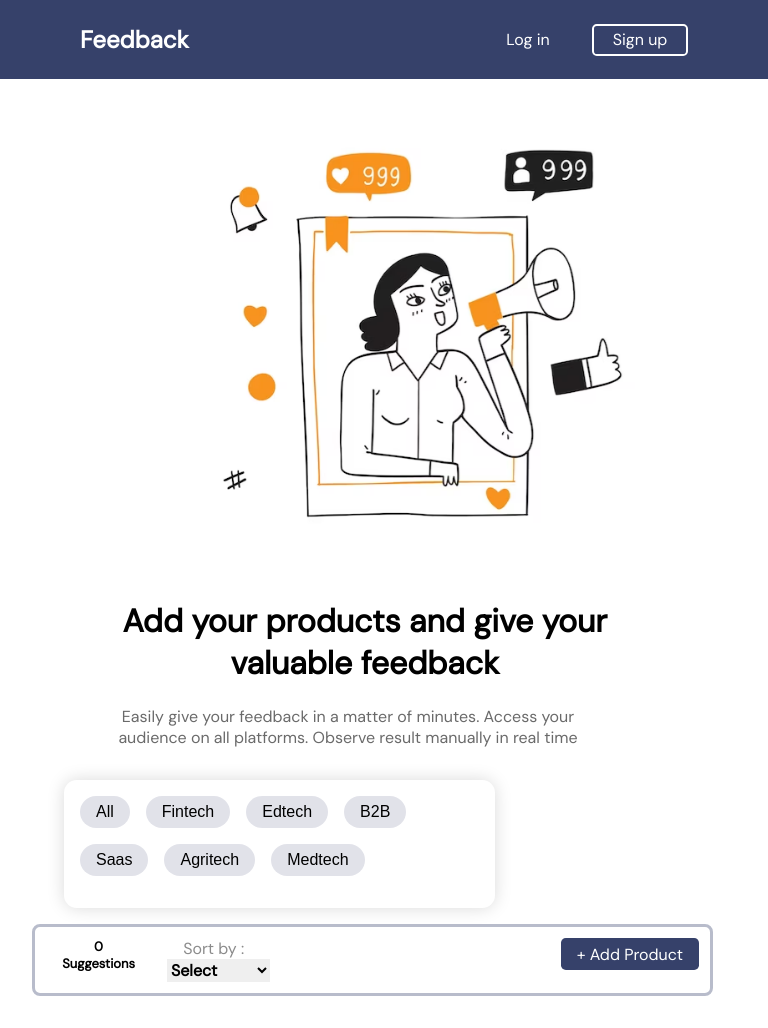
Repository: drumsmanku/final-evaluation-test
Page: / (app in client/)
The author's editor kept a copy of each file at every save. The page is drawn from the files as they stood at one save, then again after the next save.
The browser window is 768 px wide. The pictures show the whole page.
The page's requests for data from a server got no answer. The project was rebuilt for these pictures with package versions that can differ from the ones it lists, and the page was loaded fresh each time. No one was signed in, and anything a server would have sent is missing. Also part of the build but not shown: client/src/CSS/LoginPopUp.css, client/src/Components/LoginPopUp.js, client/src/CSS/SignupPopUp.css, client/src/Components/SignupPopUp.js, client/src/CSS/AddProductPopUp.css, client/src/Components/AddProductPopUp.js, client/src/Components/CommentsSection.js, client/src/CSS/SignUp.css and 3 more.

Above is the page before, as saved 2023-08-01 00:46:15.

### client/src/App.js
import './App.css';
import { BrowserRouter as Router, Route, Routes} from 'react-router-dom';
import MainPage from './Components/MainPage';
import SignUp from './Components/SignUp';
import Login from './Components/Login';
function App() {
  return (
    <div className="App">
      <Router>
        <Routes>
          <Route path='/' element={<MainPage/>}/>
          <Route path='/signup' element={<SignUp/>}/>
          <Route path='/login' element={<Login/>}/>
        </Routes>
      </Router>
    </div>
  );
}

export default App;

### client/src/Components/MainPage.js
import React, {useState, useEffect, useMemo} from 'react';
import '../CSS/MainPage.css';
import profile from'../Assets/profilepic.webp';
import img1 from '../Assets/frontphoto.png';
import axios from 'axios';
import comments from '../Assets/comments.png';
import { useNavigate } from 'react-router-dom';
import LoginPopUp from './LoginPopUp';
import SignupPopUp from './SignupPopUp';
import AddProductPopUp from './AddProductPopUp';
import CommentsSection from './CommentsSection';
import upvote from '../Assets/upvote.png';
import comment1 from '../Assets/comment1.png';

const buttonTitles=['All', 'Fintech', 'Edtech', 'B2B', 'Saas', 'Agritech', 'Medtech'];
const buttonStyles={
  padding:'0.2rem 1rem 0.2rem 1rem',
  backgroundColor:'#36416A26',
  fontSize:'medium',
  borderRadius:'1rem',
  border:'none',
  margin:'0 1rem 1rem 0',
  height:'2rem',
  textAlign:'center',
}
const productCardsStyles={
  padding:'1rem',

  width:'98%',
  marginBottom:'1rem',
  display: 'flex',
  borderRadius:'0.5rem'
}
const tagStyles={
  paddingRight:'1.3em',
  paddingLeft:'1.3em',
  backgroundColor:'#C0CEFF',
  fontSize:'small',
  borderRadius:'1rem',
  border:'none',
  height:'1.5rem',
  textAlign:'center',
  display:'flex',
  alignItems:'center',
  marginRight:'1rem',
}

function MainPage() {
  const navigate =useNavigate()
  const [categorySet, setCategorySet]=useState([]);
  const [user, setUser] = useState(localStorage.getItem('user'));
  const [isLoggedIn, setIsLoggedIn]=useState(false);
  const [products, setProdcts]=useState([]);
  const [showLoginModal, setShowLoginModal] = useState(false);
  const [showSignupModal, setShowSignupModal] = useState(false);
  const [showAddModal, setShowAddModal] = useState(false);
  const [isVisible, setIsVisible] = useState(false);
  const [commentProductId, setCommentProductId] = useState(null);
  const [commentsLength, setCommentsLength]=useState(0);
  const [productCounts, setProductCounts] = useState({});
  const [upvotes, setUpvotes]=useState(0);
  const [sortOption, setSortOption] = useState('Select');


  useEffect(()=>{
    const User=localStorage.getItem('user');
    if(User){
      setIsLoggedIn(true);
    }

  }, []);




  const handleLogin = () => {
    setShowLoginModal(true);
  };
  const handleSignup = () => {
    setShowSignupModal(true);
  };
  const handleAdd = () => {
    if (isLoggedIn) {
      setShowAddModal(true);
    } else {
      setShowSignupModal(true);
    }
  };

  const handleShowComments = (productId) => {
    setCommentProductId(productId);
  };
  const handleLogout=()=>{
    localStorage.removeItem('user');
    setIsLoggedIn(false);
    navigate('/login');
  }
  const handleCategoryClick=(event)=>{
    const currentCat=event.target.value;
    if(!categorySet.includes(currentCat)){
      setCategorySet([...categorySet, event.target.value]);
      event.target.style.backgroundColor="#36416A"
    }
    else{
      setCategorySet(categorySet.filter(cat=>cat!=currentCat))
      event.target.style.backgroundColor="#36416A26"
    }

  }

  useEffect(()=>{
    const category=categorySet
    axios.get(`http://localhost:4000/get-prods?category=${category.join(',')}`)
    .then((res)=>{setProdcts(res.data.products);console.log(res.data.products)})
    .catch(err=>console.log(err))

  }, [categorySet]);

  const handleUpvotes=(prodId, event)=>{

    axios.post('http://localhost:4000/add-upvote', {
      productId: prodId,
      upvoteCount:1,
    })
    .then(window.location.reload())
    .catch(err=>console.log(err))
  }

  const sortedProducts = useMemo(() => {
    if (sortOption === 'upvotes') {
      return [...products].sort((a, b) => (b.upvoteCount || 0) - (a.upvoteCount || 0));
    } else if (sortOption === 'comments') {
      return [...products].sort((a, b) => (b.commentsCount || 0) - (a.commentsCount || 0));
    }
    return products;
  }, [products, sortOption]);



  return (
    <div className='main-container'>
      <div className="main-top-container">
        <div className='navbar' >
          <div style={{display:'flex',width:'100%', justifyContent:' space-between', alignItems:'center',}}>
          <h3 style={{marginLeft:'5rem', color:'white', fontSize:'1.5rem'}}>Feedback</h3>
          <div style={{display:'flex', marginRight:'5rem'}}>
              {isLoggedIn ? (
                <>
                  <button style={{background:'none', fontSize:'large', border:'none', fontFamily:'DM Sans', color:'white'}} onClick={handleLogout}>Logout</button>
                  <span style={{color:'white', fontFamily:'DM Sans', fontSize:'large', display:'flex', alignItems:'center', marginLeft:'1rem'}}>Hello! {user}</span>
                  <img src={profile} alt="" height={50} width={50} style={{borderRadius:'100%', marginLeft:'1rem'}} />
                </>
              ) : (
                <>
                   <button className="btn-main-page-login" type="submit" onClick={()=>{navigate('/login')}}>
                    Log in
                  </button>
                  <button type='submit'  className='btn-main-page-register' onClick={()=>{navigate('/signup')}} >Sign up</button>
                </>
              )}



            </div>
          </div>
        </div>
        <div className="title-desc">
          <img src={img1} alt="" height={500} style={{marginLeft:'3rem'}}/>
          <div className='both-texts' style={{display:'flex', flexDirection:'column', marginLeft:'2rem'}}>
              <h1 className='main-heading' style={{maxWidth:'80%'}}> Add your products and give your valuable feedback</h1>
              <span style={{maxWidth:'75%', color:'#6A6A6A'}}>Easily give your feedback in a matter of minutes. Access your audience on all platforms. Observe result manually in real time</span>
          </div>
        </div>
      </div>
      <div className="main-bottom-container">
        <div className="bottom-left">
          <article className='apply-filter' style={{backgroundColor:'#36416A', width:'74%', color:'white', paddingTop:'2rem', borderRadius:'0.8rem', marginBottom:'2rem'}}>
            <h2 style={{marginBottom:'0.4rem',marginLeft:'1rem'}}>Feedback</h2>
            <h5 style={{marginTop:0, marginLeft:'1rem'}}>Apply Filter</h5>
          </article>
          <article className='mapped-cats'style={{width:'65%', borderRadius:'0.8rem', padding:'1em', boxShadow:'0 0 17px #00000026',}}>
             {buttonTitles.map((title, idx)=>(
              <button value={title} onClick={handleCategoryClick} style={{...buttonStyles}} key={idx}>{title}</button>
             ))}
          </article>
        </div>
        <div className="bottom-right">
          <div className='bottom-top-right'>
            <div style={{display:'flex', width:'30%', justifyContent:'space-between',marginLeft:'1rem'}}>
              <span className='suggestions' style={{ fontWeight:'bold', }}>{products.length} Suggestions</span>
              <span>
                <label style={{ fontSize: 'medium', color: '#8B8B8B', marginRight:'0.6rem' }} htmlFor="sort">Sort by :</label>
                <select className='select' style={{border:'none', outline:'none', fontFamily:'DM Sans', fontSize:'medium', fontWeight:'bold'}} value={sortOption} onChange={(e) => setSortOption(e.target.value)}>
                  <option value="Select">Select</option>
                  <option value="upvotes">Upvotes</option>
                  <option value="comments">Comments</option>
                </select>
              </span>
            </div>
            <button className='add-product-button' onClick={handleAdd}>+ Add Product</button>
          </div>
          {showLoginModal && <LoginPopUp closeModal={() => setShowLoginModal(false)} showLoginModal={showLoginModal} setShowSignupModal={setShowSignupModal} />}
          {showSignupModal && (
              <SignupPopUp
                closeModal={() => setShowSignupModal(false)}
                showSignupModal={showSignupModal}
                setShowLoginModal={setShowLoginModal}
              />
            )}
          {isLoggedIn ? (
            showAddModal && (
              <AddProductPopUp
                closeModal={() => setShowAddModal(false)}
                showAddModal={showAddModal}
              />
            )
          ) : (
            showSignupModal && (
              <SignupPopUp
                closeModal={() => setShowSignupModal(false)}
                showSignupModal={showSignupModal}
                setShowLoginModal={setShowLoginModal}
              />
            )
          )}


          <div className="product-cards">
            {
              sortedProducts.map((product, key)=>(
                <div className='main-card-container-div' style={{display:'flex', flexDirection:'column', backgroundColor:'#36416A26',marginBottom:'1rem',borderRadius:'0.5rem', padding:'0 1rem 0 1rem'}}>
                  <div style={{...productCardsStyles}}>
                    <div className='logo' style={{width:'10%'}}>{product.logoURL}</div>
                    <div style={{display:'flex', justifyContent:'space-between', width:"90%"}}>
                      <div className="card-main-info">
                        <h2 style={{marginTop:0, marginBottom:'0.5rem', color:'#36416A'}}>{product.companyName}</h2>
                        <span style={{marginBottom:'1rem'}}>{product.description}</span>
                        <div style={{display:'flex', width:'40%', justifyContent:'space-between'}}>
                          <div style={{display:'flex'}}>
                            {product.category.map((catTitle, idx)=>(
                              <span style={{...tagStyles}}>{catTitle}</span>
                            ))}
                          </div>
                          <button className='comments-button' onClick={() => handleShowComments(product._id)}> <img style={{marginRight:'0.3rem'}} src={comments} alt="" height={25}  />Comment</button>
                        </div>
                      </div>
                      <div className="upvotes">
                        <div className="upvote-container">
                          <button onClick={()=>{handleUpvotes(product._id)}} style={{background:'none', outline:'none', border:'none', cursor:'pointer'}}><img style={{}} src={upvote} alt="" /></button>
                          <span>{product.upvoteCount || 0}</span>
                        </div>
                        <div className='comments-and-edit' style={{height:'50%', display:'flex', alignItems:"center", width:'230%'}}>
                          {isLoggedIn && (<button className='edit-popup-button' type="submit" style={{ cursor:'pointer'}} >Edit</button>)}
                          <div className="comment-count" style={{}}>
                            {product.commentsCount || 0}
                            <img src={comment1} alt="" height={20} style={{marginLeft:'0.2rem'}} />
                          </div>

                        </div>
                      </div>
                    </div>
                  </div>
                  {commentProductId === product._id && <CommentsSection productId={product._id}   />}
                </div>

              ))
            }
          </div>
        </div>
      </div>
    </div>
  )
}

export default MainPage

### client/src/CSS/MainPage.css
@import url('https://fonts.googleapis.com/css2?family=DM+Sans&display=swap');

body{
  font-family: 'DM Sans';
}
.main-container{
  height: 100vh;
  width: 100vw;
  display: flex;
  flex-direction: column;

}
.main-top-container{
  width: 100%;
}
.btn-main-page-login{
  height: 2rem;
  width: 6rem;
  font-weight: 500;
  font-size: medium ;
  background: none;
  border: none;
  border-radius: 0.3rem;
  margin-left: 1rem;
  margin-bottom:0;
  color: white;
  font-family: 'DM Sans';
  cursor: pointer;
}
.btn-main-page-register{
  height: 2rem;
  width: 6rem;
  font-size: medium;
  font-weight: 500;
  background-color: #36416A;
  border: 2px solid white;
  border-radius: 0.3rem;
  margin-left: 1rem;
  margin-bottom:0;
  color: white;
  font-family: 'DM Sans';
  cursor: pointer;
}
.navbar{
  width: 100%;
  background-color: #36416A;
}
.title-desc{
  width: 100%;
  display: flex;
  align-items: center;
  justify-content: space-around;

}
.bottom-left{
  width: 20%;
  display: flex;
  flex-direction: column;
  align-items: center;
  margin-left: 2rem;

}
.bottom-right{
  width: 75%;
}
.main-bottom-container{
  width:100%;
  display: flex;
}
.bottom-top-right{
  width: 98%;
  display: flex;
  justify-content: space-between;
  border: 3px solid #36416A59;
  padding: 0.7rem;
  border-radius: 0.5rem;

}
.add-product-button{
  height: 2rem;
  font-size: medium;
  font-weight: 500;
  background-color: #36416A;
  border:none;
  border-radius: 0.3rem;
  margin-left: 1rem;
  margin-bottom:0;
  color: white;
  font-family: 'DM Sans';
  cursor: pointer;
  padding-left: 1em;
  padding-right: 1em;
}
.product-cards{
  width: 100%;
  display: flex;
  padding-top: 2rem;
  flex-direction: column;
}
.card-main-info{
  width: 100%;
  display: flex;
  flex-direction: column;
}
.comments-button{
  color: #ABABAB;
  border: none;
  outline: none;
  background: none;
  font-size: small;
  letter-spacing: 0.1rem;
  display:flex;
  align-items: center;
  cursor: pointer;
}
.upvotes{
  width: 10%;
  display: flex;
  flex-direction: column;
  align-items: center;
  justify-content: space-between;
}
.upvote-container{
  display: flex;
  flex-direction: column;
  justify-content: space-between;
  padding: 0.5rem 0.2rem 0.5rem 0.2rem;
  background-color: #C7CBD6;
  border-radius:1rem;
  align-items: center;
}
.comment-count{
  display: flex;
  align-items: center;

  height: 100%;
  width: 100%;
  margin-left: 1rem;
}
.edit-popup-button{
  padding-left: 1.7rem;
  padding-right: 1.7rem;
  color: white;
  height: 2rem;
  font-size: medium;
  border-radius: 1rem;
  border: none;
  background-color: #36416A;

}
@media (max-width: 768px) {
  .main-container {
    flex-direction: column;
  }
  .title-desc{
    flex-direction: column;
  }
  .both-texts{
    margin-bottom: 2rem;
    padding-left: 4rem;
  }
  .apply-filter{
    display: none;
  }
  .main-heading{
    max-width: 90%;
  }
  .main-bottom-container{
    flex-direction: column;
    justify-content: center;
  }
  .mapped-cats{
    display: flex;
    max-width: 80%;
    width: 100%;
    margin-bottom: 1rem;
    flex-wrap: wrap;
  }
  .bottom-left{
    width: 80%;
    flex-direction: row;
    margin-right: 0;
    padding-left: 2rem;
  }
  .bottom-top-right{
    width: 85vw;
    font-size: small;
    margin-left: 2rem;
  }
  .suggestions{
    width: 100%;
    margin-right: 2rem;
  }
  .product-cards{
    width: 90vw;
  }
  .main-card-container-div{
    width: 90%;
    font-size: small;
    margin-left: 2rem;

  }
  .comments-and-edit{
    display: block;
    flex-wrap: wrap;
  }
  .edit-popup-button{
    font-size: small;
    padding-left: 1rem;
    padding-right: 1rem;
    margin-top: 1rem;
  }
}
@media (max-width: 480px) {
  .main-container {
    flex-direction: column;
  }
  .title-desc{
    flex-direction: column;
  }
}

Loaded but not shown: client/public/index.html (common file); client/src/index.js (common file); client/src/index.css (common file); client/src/App.css (common file)

After the next save:
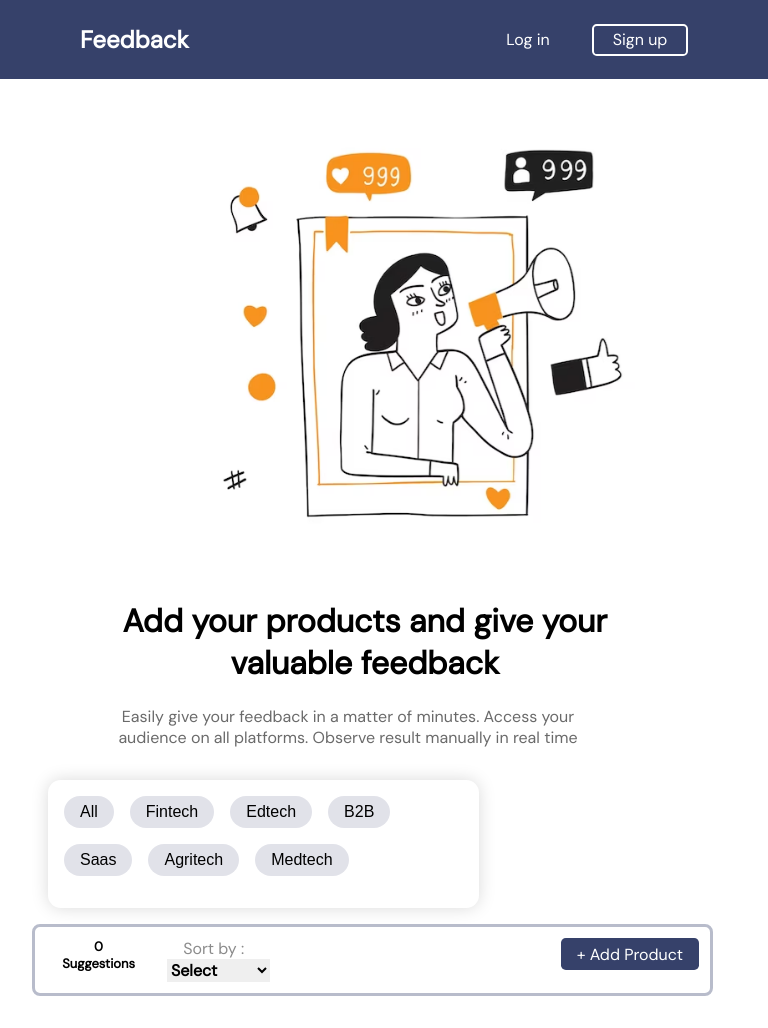
Saved 6 s later.
--- a/client/src/CSS/MainPage.css
+++ b/client/src/CSS/MainPage.css
@@ -180,7 +180,7 @@ body{
     width: 80%;
     flex-direction: row;
     margin-right: 0;
-    padding-left: 2rem;
+    padding-left: 1rem;
   }
   .bottom-top-right{
     width: 85vw;
